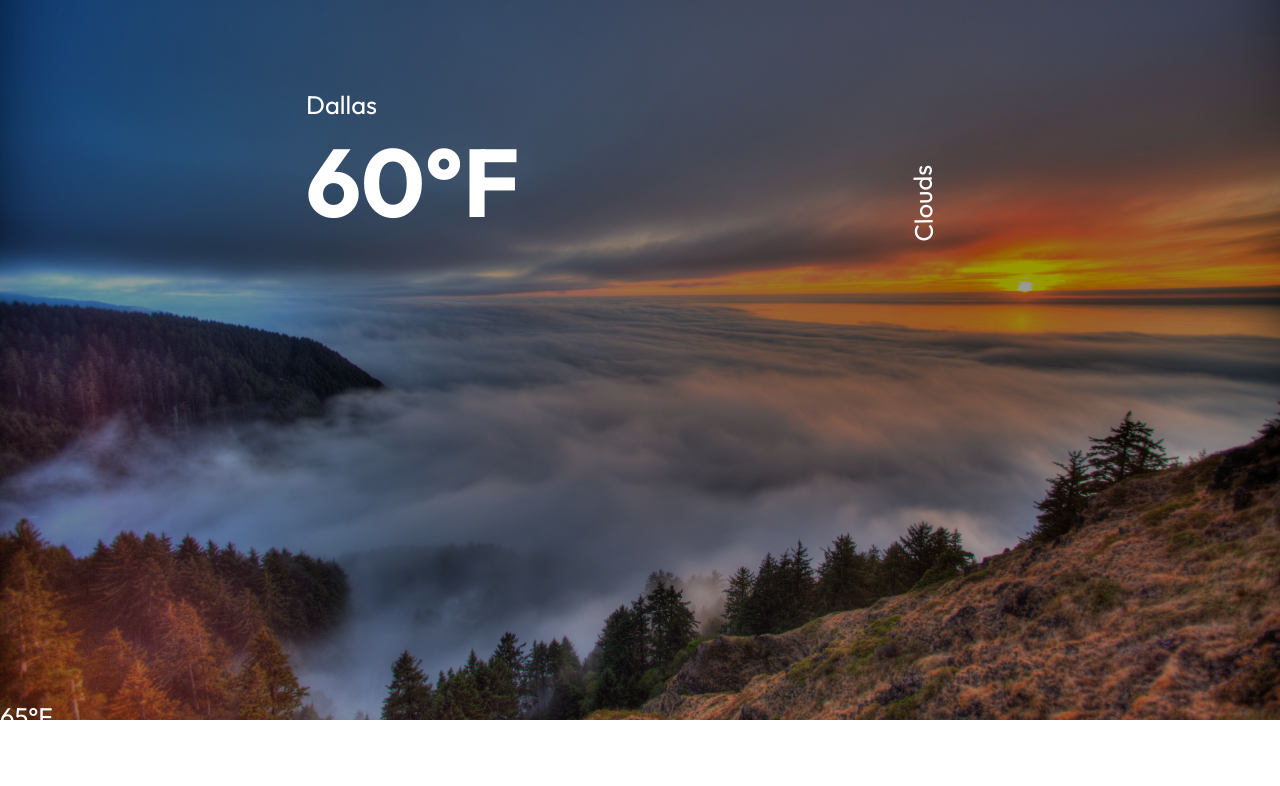
Repository: stavan30/weather-react
Page: /
The author's editor kept a copy of each file at every save. The page is drawn from the files as they stood at one save, then again after the next save.
The browser window is 1280 px wide. The pictures show the whole page.
The project was rebuilt for these pictures with package versions that can differ from the ones it lists, and the page was loaded fresh each time.

Above is the page before, as saved 2024-02-06 00:28:15.

After the next save:
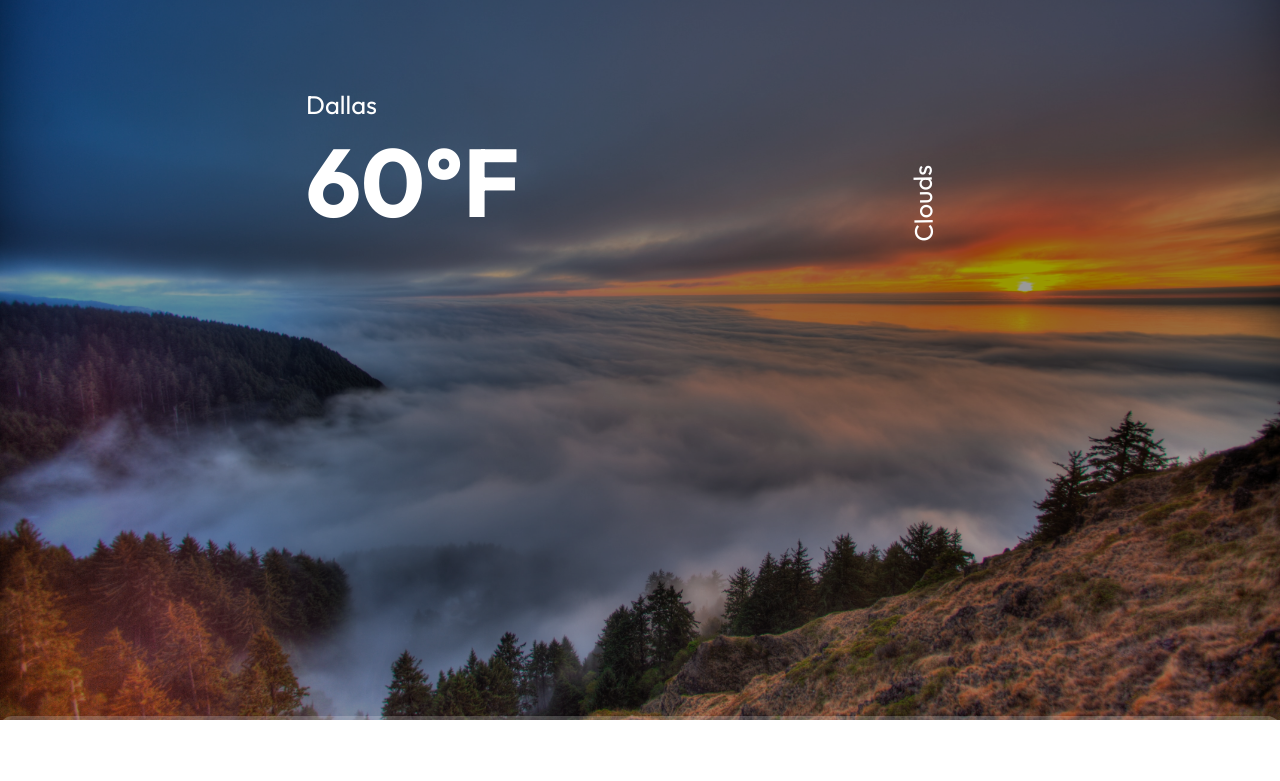
Saved 69 s later.
--- a/src/index.css
+++ b/src/index.css
@@ -64,3 +64,14 @@ h1 {
   transform-origin: 0 0;
   transform: rotate(269deg);
 }
+
+.app .bottom {
+  display: flex;
+  justify-content: space-evenly;
+  text-align: center;
+  width: 100%;
+  margin: 1rem auto;
+  padding: 1rem;
+  border-radius: 12px;
+  background-color: rgba(255,255,255, 0.2);
+}
